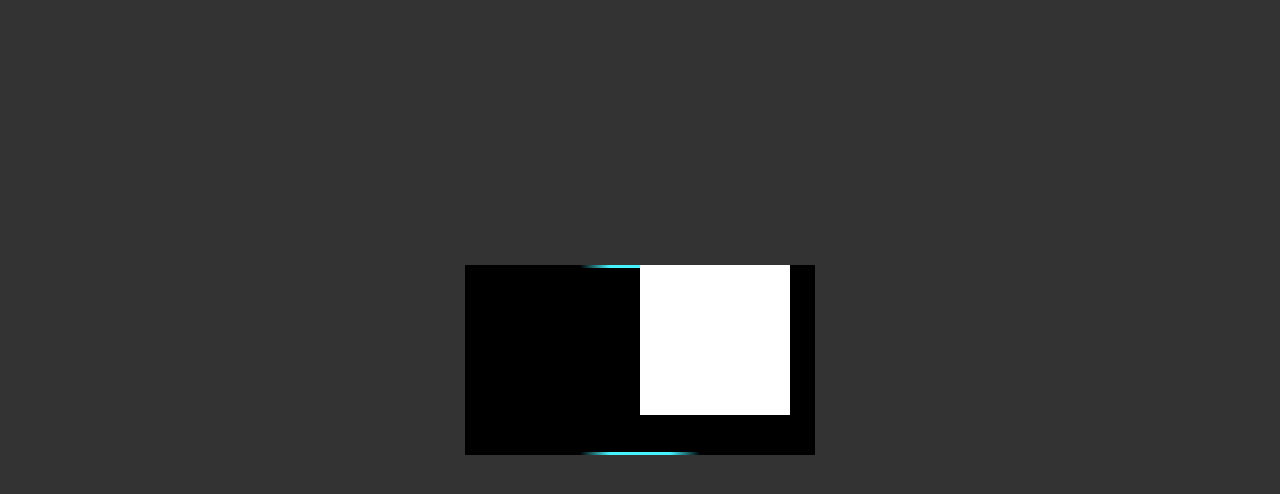
Repository: SeungYn/Javascript-study-toy
Page: profile-card/index.html
These files come from the project's save history. The page is drawn as it stood at one moment and after the next save; the edit follows.
The browser window is 1280 px wide. The pictures show the whole page.

Above is the page before, as saved 2023-01-12 15:21:59.

### profile-card/index.html
<!DOCTYPE html>
<html lang="en">
  <head>
    <meta charset="UTF-8" />
    <meta http-equiv="X-UA-Compatible" content="IE=edge" />
    <meta name="viewport" content="width=device-width, initial-scale=1.0" />
    <title>Document</title>
    <link rel="stylesheet" href="./style.css" />
  </head>
  <body>
    <div class="card">
      <div class="lines"></div>
      <div class="imgBx"></div>
    </div>
  </body>
</html>

### profile-card/style.css
@import url('https://fonts.googleapis.com/css?family-Popins:100,200,300,400,500,600,700,800,900');

* {
  margin: 0;
  padding: 0;
  box-sizing: border-box;
  font-family: 'Popins', sans-serif;
}

body {
  display: flex;
  justify-content: center;
  align-items: center;
  min-height: 100vh;
  background: #333;
}

.card {
  position: relative;
  width: 350px;
  height: 190px;
  background: #333;
  transition: 0.5s;
  overflow: hidden;
}

.card:hover {
  height: 450px;
}

.card .lines {
  position: absolute;
  inset: 0;
  background: #000;
}

.card .lines::before {
  content: '';
  position: absolute;
  top: 50%;
  left: 50%;
  transform: translate(-50%, -50%);
  width: 600px;
  height: 120px;
  background: linear-gradient(
    transparent,
    #45f3ff,
    #45f3ff,
    #45f3ff,
    transparent
  );
  animation: animate 4s linear infinite;
}

@keyframes animate {
  0% {
    transform: translate(-50%, -50%) rotate(0deg);
  }

  100% {
    transform: translate(-50%, -50%) rotate(360deg);
  }
}

.card .lines::after {
  content: '';
  position: absolute;
  inset: 3px;
  background-color: #000;
}

.card .imgBx {
  position: absolute;
  width: 150px;
  height: 150px;
  background: #fff;
  left: 50%;
}

After the next save:
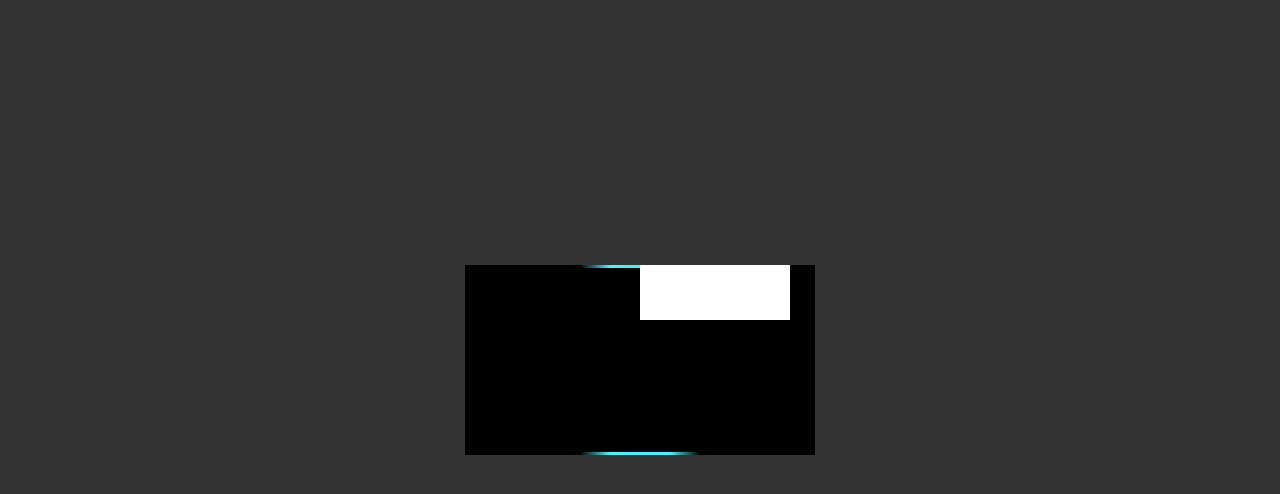
Saved 10 s later.
--- a/profile-card/style.css
+++ b/profile-card/style.css
@@ -75,4 +75,5 @@ body {
   height: 150px;
   background: #fff;
   left: 50%;
+  top: -50%;
 }
